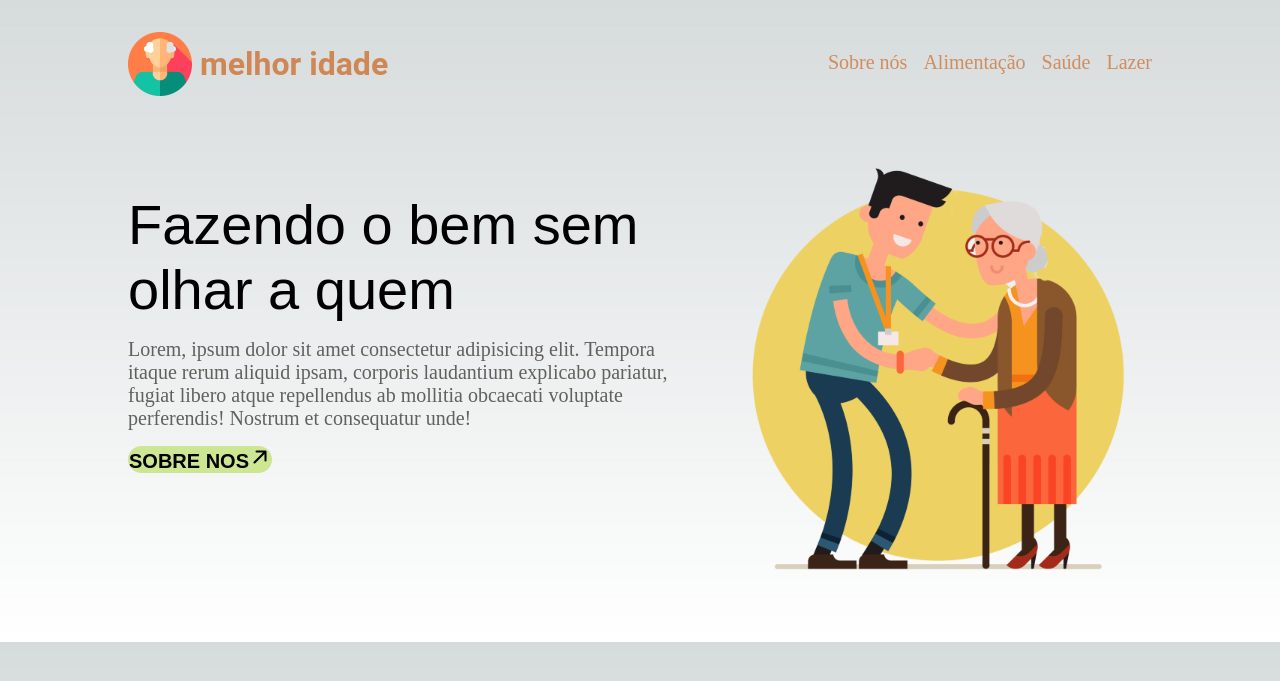
Repository: Giopol12/melhor-idade-online
Page: /index.page
These files come from the project's save history. The page is drawn as it stood at one moment and after the next save; the edit follows.
The browser window is 1280 px wide. The pictures show the whole page.
The project was rebuilt for these pictures with package versions that can differ from the ones it lists, and the page was loaded fresh each time. The framework's server and built-in components were replaced by stand-ins that run in the browser. Also part of the build but not shown: next.config.js.

Above is the page before, as saved 2023-11-12 16:21:06.

### src/pages/home/index.tsx
import { Header } from '@/components/Header'
import { Container } from './styles'
import { HomeMain } from './HomeMain'

export default function Home() {
  return (
    <Container>
      <Header />
      <HomeMain />
    </Container>
  )
}

### src/components/Header/index.tsx
import Image from 'next/image'
import { HeaderContainer, LogoContainer, NavContainer } from './styles'

import logo2 from '../../../assets/logo2.png'
import Link from 'next/link'

export function Header() {
  return (
    <HeaderContainer>
      <LogoContainer href="/">
        <Image src={logo2} width={64} alt="logo" quality={100} />
        <strong>melhor idade</strong>
      </LogoContainer>

      <NavContainer>
        <Link href={'/nutrition'}>Sobre nós</Link>
        <Link href="/">Alimentação</Link>
        <Link href="/">Saúde</Link>
        <Link href="/">Lazer</Link>
      </NavContainer>
    </HeaderContainer>
  )
}

### src/pages/home/styles.ts
import { styled } from '@/styles'

export const Container = styled('div', {
  maxWidth: '1440px',
  margin: '0 auto',
})

### src/pages/home/HomeMain/index.tsx
import Image from 'next/image'
import { ContentContainer, HomeMainContainer } from './styles'

import mainImg from '../../../../assets/main-image.png'
import { ArrowUpRight } from '@phosphor-icons/react'

export function HomeMain() {
  return (
    <HomeMainContainer>
      <ContentContainer>
        <h1>Fazendo o bem sem olhar a quem</h1>
        <p>
          Lorem, ipsum dolor sit amet consectetur adipisicing elit. Tempora
          itaque rerum aliquid ipsam, corporis laudantium explicabo pariatur,
          fugiat libero atque repellendus ab mollitia obcaecati voluptate
          perferendis! Nostrum et consequatur unde!
        </p>
        <button>
          <span>SOBRE NOS</span>
          <ArrowUpRight size={22} weight="bold" />
        </button>
      </ContentContainer>
      <Image src={mainImg} width={450} alt="" />
    </HomeMainContainer>
  )
}

### src/components/Header/styles.ts
import { styled } from '@/styles'
import Link from 'next/link'

export const HeaderContainer = styled('header', {
  maxWidth: 1024,
  margin: '2rem auto',
  display: 'flex',
  justifyContent: 'space-between',
  alignItems: 'center',
})
export const LogoContainer = styled(Link, {
  fontFamily: 'Roboto, sans-serif',
  display: 'flex',
  alignItems: 'center',
  gap: '0.5rem',
  fontWeight: 900,
  fontSize: '2rem',
  textDecoration: 'none',
  color: '$beije500',
})
export const NavContainer = styled('div', {
  display: 'flex',
  gap: '1rem',
  a: {
    textDecoration: 'none',
    color: '$beije400',
    fontSize: '$lg',
    borderBottom: '3px solid transparent',
    '&:hover': {
      borderBottom: '3px solid $beije500',
    },
  },
})

### src/styles/index.ts
import { createStitches } from '@stitches/react'
export const {
  config,
  createTheme,
  css,
  getCssText,
  globalCss,
  keyframes,
  prefix,
  reset,
  styled,
  theme,
} = createStitches({
  theme: {
    colors: {
      white: '#FFF',

      beije100: '#FFFBF4',
      beije400: '#D18D5E',
      beije500: '#CE8755',
      gray500: '#61605F',
      gray700: '#21201F',
      gray900: '#010101',
      green100: '#CDE693',
    },

    fontSizes: {
      md: '1.125rem',
      lg: '1.25rem',
      xl: '1.5rem',
      '2xl': '2rem',
    },
  },
})

### src/pages/home/HomeMain/styles.ts
import { styled } from '@/styles'

export const HomeMainContainer = styled('main', {
  maxWidth: 1024,
  margin: '3rem auto',
  display: 'flex',
  justifyContent: 'space-between',
})
export const ContentContainer = styled('div', {
  marginTop: '3rem',
  display: 'flex',
  flexDirection: 'column',

  flex: 1,
  gap: '1rem',
  paddingRight: '1.5rem',
  h1: {
    fontSize: '3.5rem',
    color: '$gray900',
    fontFamily: 'Lobster, sans-serif;',
    fontWeight: '400',
  },
  p: {
    fontSize: '$lg',
    color: '$gray500',
  },
  button: {
    fontWeight: 'bold',
    width: '9rem',
    fontSize: '$lg',
    background: '$green100',
    border: 0,
    borderRadius: '9999px',
  },
})

Loaded but not shown: src/pages/_app.tsx (common file); src/pages/_document.tsx (common file); src/pages/index.page.tsx (common file); src/styles/globals.css (common file)

After the next save:
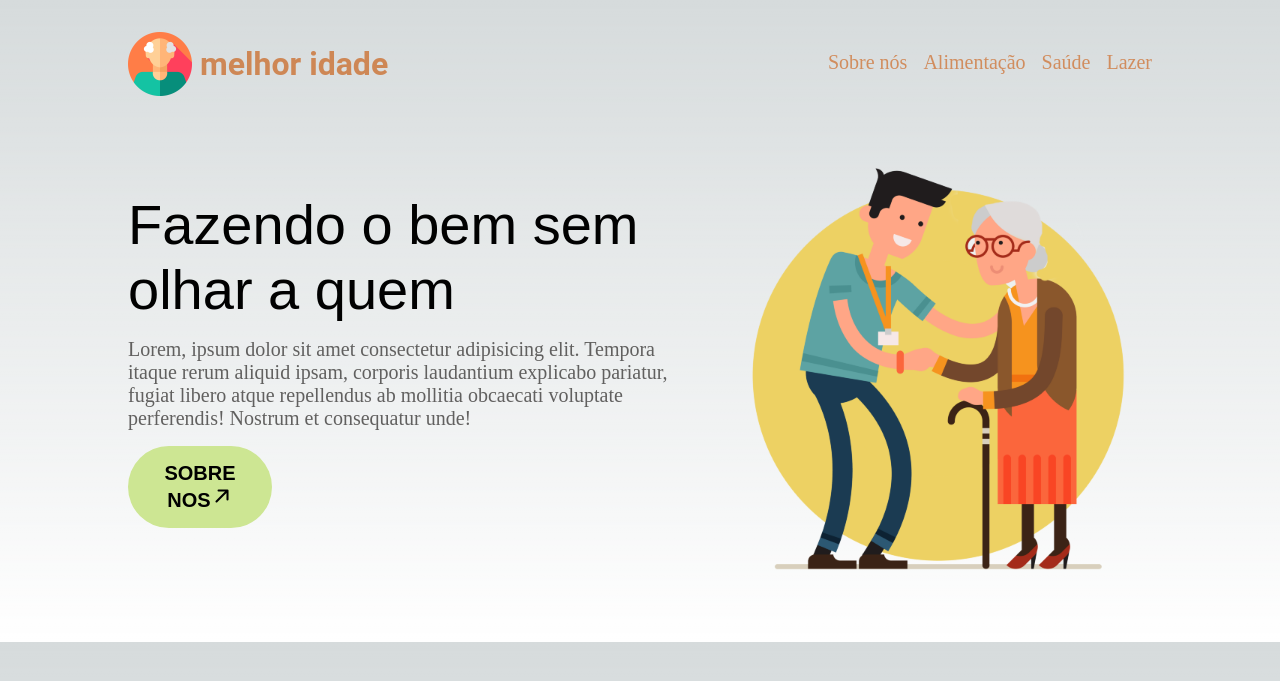
Saved 11 s later.
--- a/src/pages/home/HomeMain/styles.ts
+++ b/src/pages/home/HomeMain/styles.ts
@@ -31,5 +31,6 @@
     background: '$green100',
     border: 0,
     borderRadius: '9999px',
+    padding: '1rem',
   },
 })

After the save that followed:
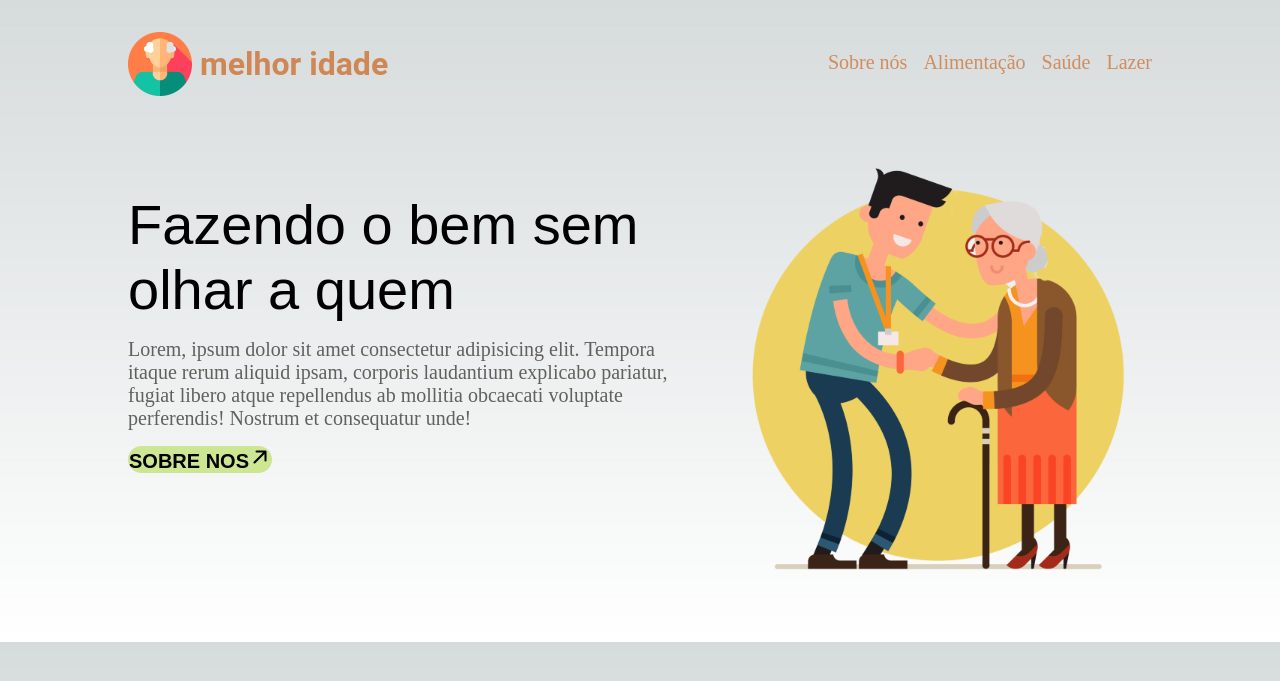
Saved 50 s later.
--- a/src/pages/home/HomeMain/styles.ts
+++ b/src/pages/home/HomeMain/styles.ts
@@ -25,12 +25,13 @@
     color: '$gray500',
   },
   button: {
+    boxSizing: 'initial',
     fontWeight: 'bold',
     width: '9rem',
     fontSize: '$lg',
     background: '$green100',
     border: 0,
     borderRadius: '9999px',
-    padding: '1rem',
+    padding: 'rem',
   },
 })
